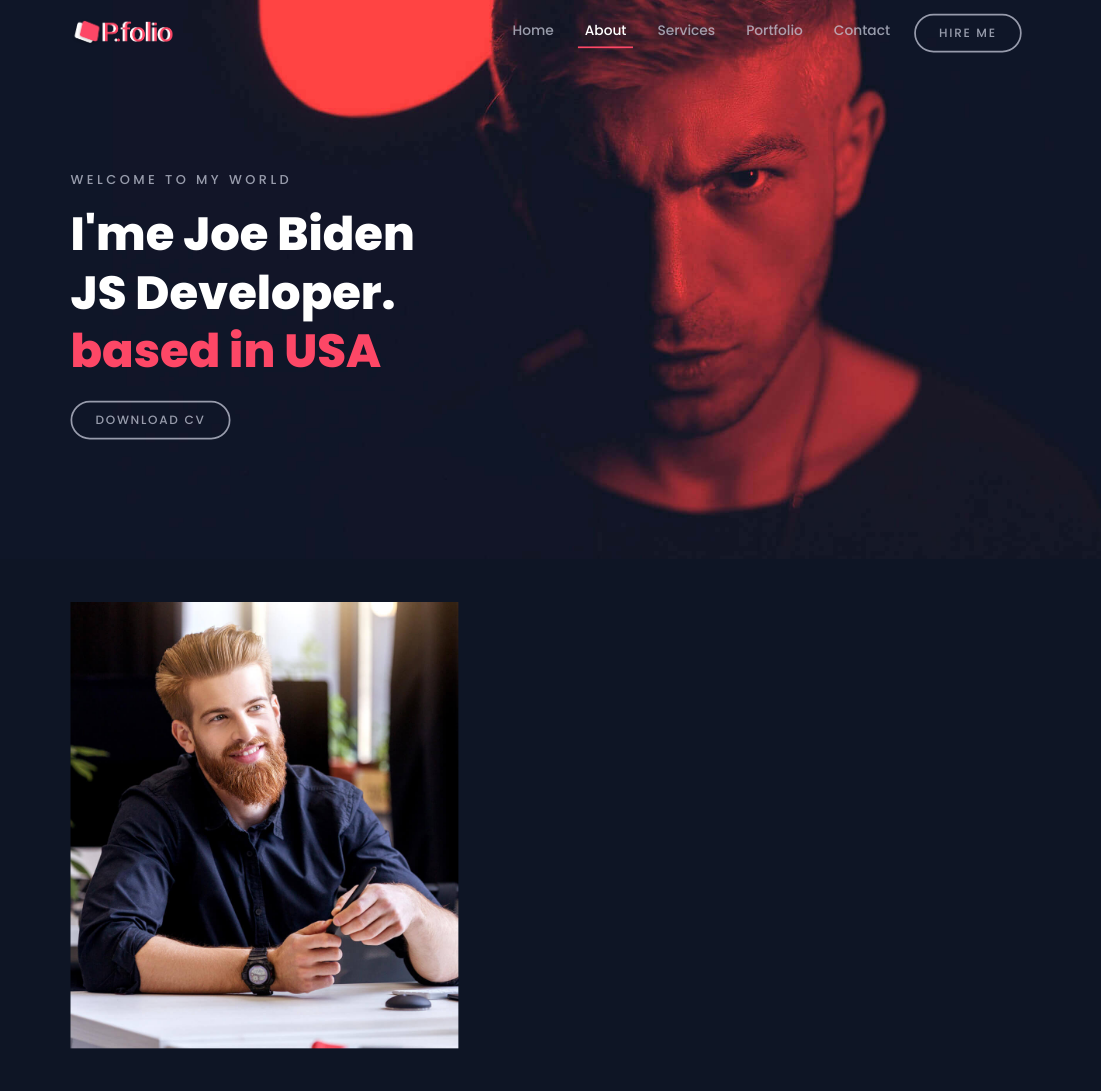
Repository: wadelfadill/Bootstrap_tache_3_responsive_portfolio
Page: index.html
An editor plug-in stored every save of this project. The page is shown before and after the next save, followed by the edit.
The browser window is 1280 px wide. The pictures show the whole page, at 86% of full size.
Backgrounds fixed to the window are drawn as part of the page. Some web libraries are served in a nearby version.

Above is the page before, as saved 2023-04-11 09:27:32.

After the next save:
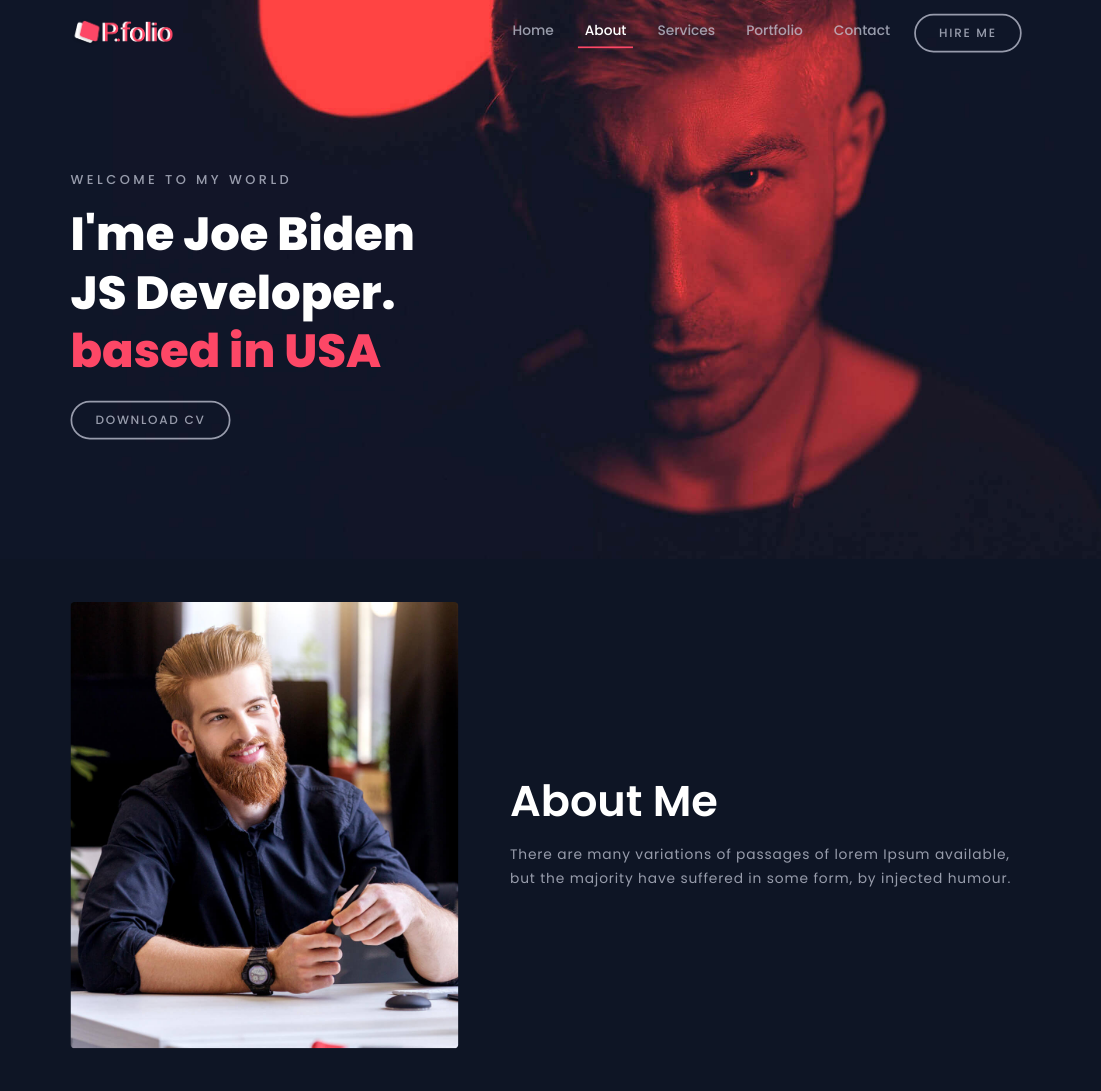
Saved 6 min 2 s later.
--- a/index.html
+++ b/index.html
@@ -81,7 +81,15 @@
             <div class="container">
               <div class="row justify-content-between align-items-center">
                   <div class="col-lg-5 mb-lg-0">
-                    <img src="images/about.jpg" alt="about-img" class="img-fluid">
+                    <img src="images/about.jpg" alt="about-img" class="img-fluid rounded-3">
+                  </div>
+                  <div class="col-lg-7 ps-lg-5 text-center text-lg-start">
+                    <div class="my-3 my-lg-0">
+                      <span class="subtitle">My About Details</span>
+                      <h2>About Me</h2>
+                      <p>There are many variations of passages of lorem Ipsum available, but the majority have
+                        suffered in some form, by injected humour.</p>
+                    </div>
                   </div>
               </div>
             </div>
